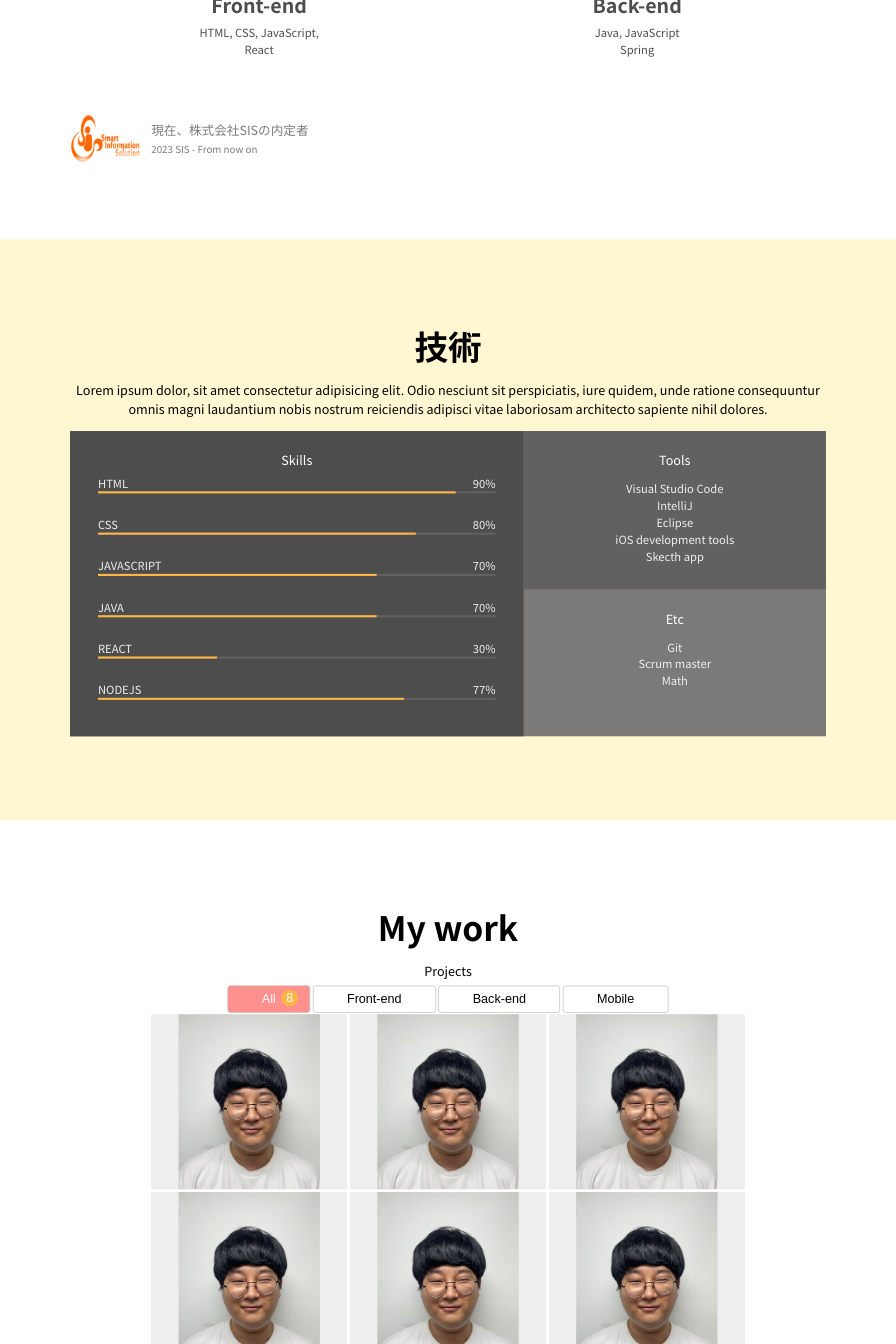
Repository: N1C0N1C0/website_introduction
Page: index.html
These files come from the project's save history. The page is drawn as it stood at one moment and after the next save; the edit follows.
The browser window is 1280 px wide. The pictures show the part of the page from y = 1237 to 3157 px (the page is 4068 px tall), at 70% of full size.
Some web libraries are served in a nearby version.

Above is the page before, as saved 2023-08-29 02:58:53.

After the next save:
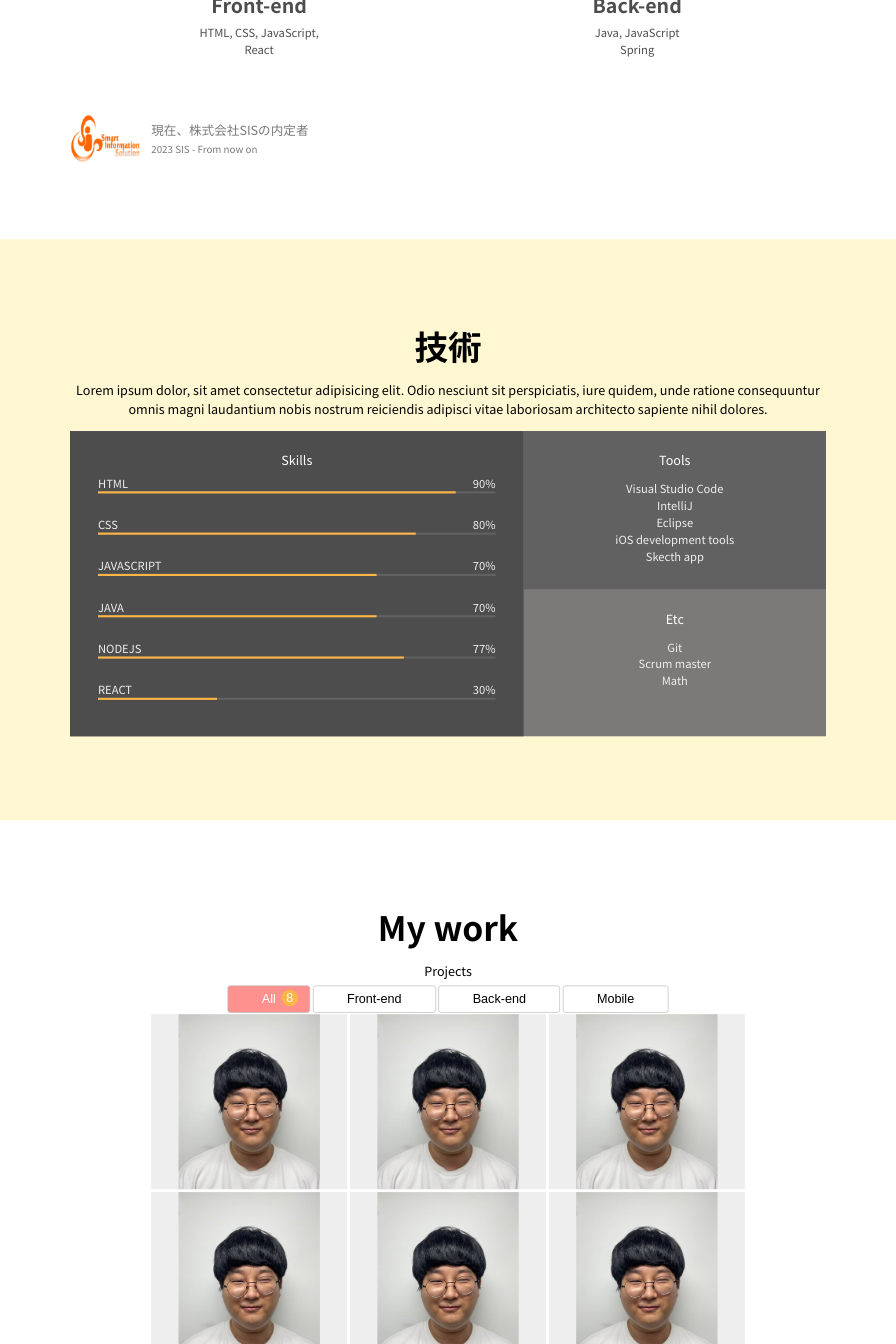
Saved 12 s later.
--- a/index.html
+++ b/index.html
@@ -141,6 +141,15 @@
           </div>
           <div class="skill">
             <div class="skill__description">
+              <span>NODEJS</span>
+              <span>77%</span>
+            </div>
+            <div class="skill__bar">
+              <div class="skill__value" style="width: 77%;"></div>
+            </div>
+          </div>
+          <div class="skill">
+            <div class="skill__description">
               <span>REACT</span>
               <span>30%</span>
             </div>
@@ -148,15 +157,7 @@
               <div class="skill__value" style="width: 30%;"></div>
             </div>
           </div>
-          <div class="skill">
-            <div class="skill__description">
-              <span>NODEJS</span>
-              <span>77%</span>
-            </div>
-            <div class="skill__bar">
-              <div class="skill__value" style="width: 77%;"></div>
-            </div>
-          </div>
+
         </div>
         <div class="skillset__right">
           <div class="tools">
